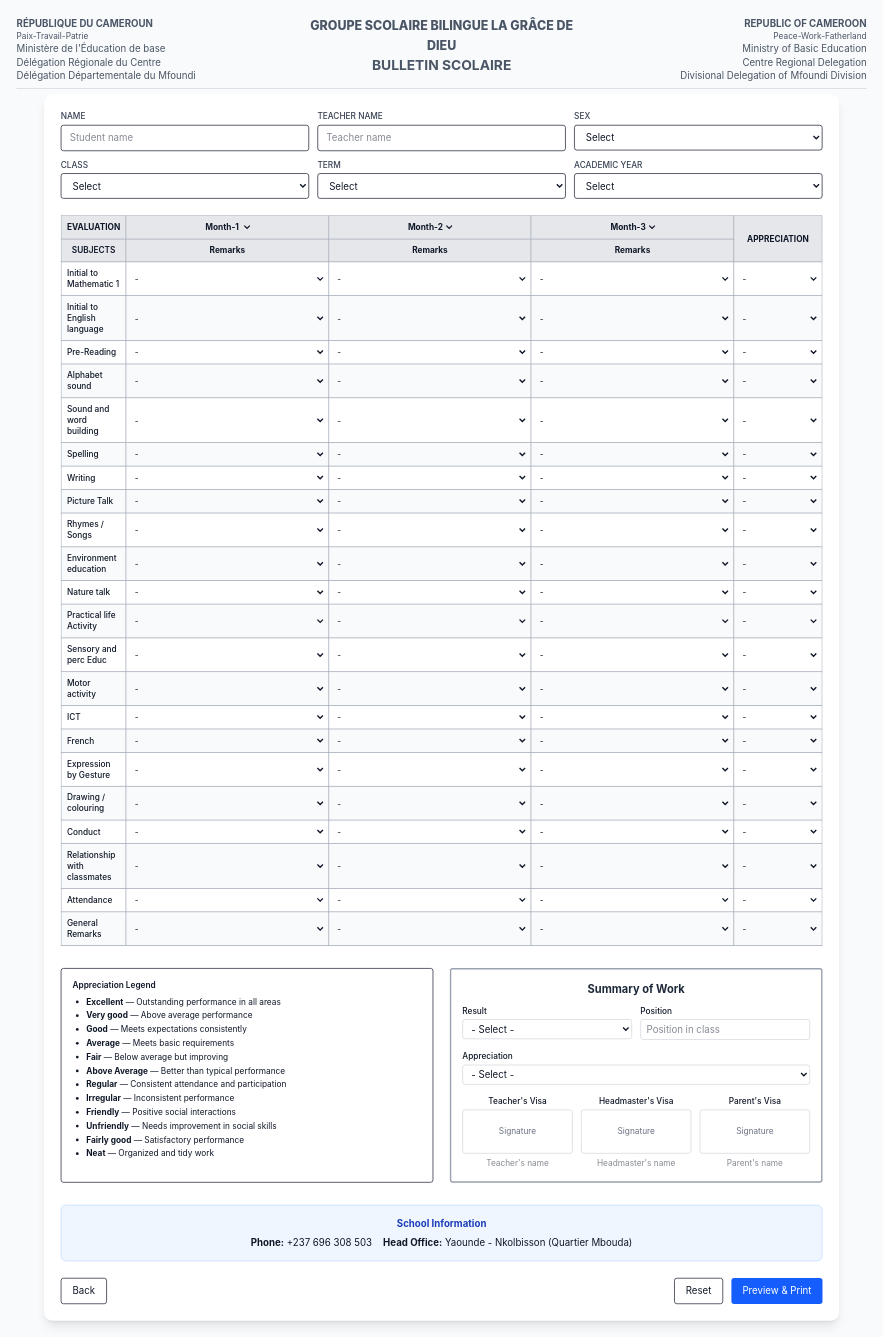
Repository: dascomsoft/gracedieu
Page: /nursery (app in frontend/)
These files come from the project's save history. The page is drawn as it stood at one moment and after the next save; the edit follows.
The browser window is 1280 px wide. The pictures show the whole page, at 69% of full size.
The project was rebuilt for these pictures with package versions that can differ from the ones it lists, and the page was loaded fresh each time. Some packages were replaced by stand-ins written for this rebuild. Also part of the build but not shown: frontend/vite.config.js, frontend/src/pages/Onboarding.jsx, frontend/src/pages/Login.jsx, frontend/src/pages/Signup.jsx, frontend/src/pages/Dashboard.jsx, frontend/src/pages/AnglophoneSection.jsx, frontend/src/pages/FrancophoneSection.jsx, frontend/src/pages/BulletinForm.jsx and 6 more.

Above is the page before, as saved 2025-10-28 11:38:05.

After the next save:
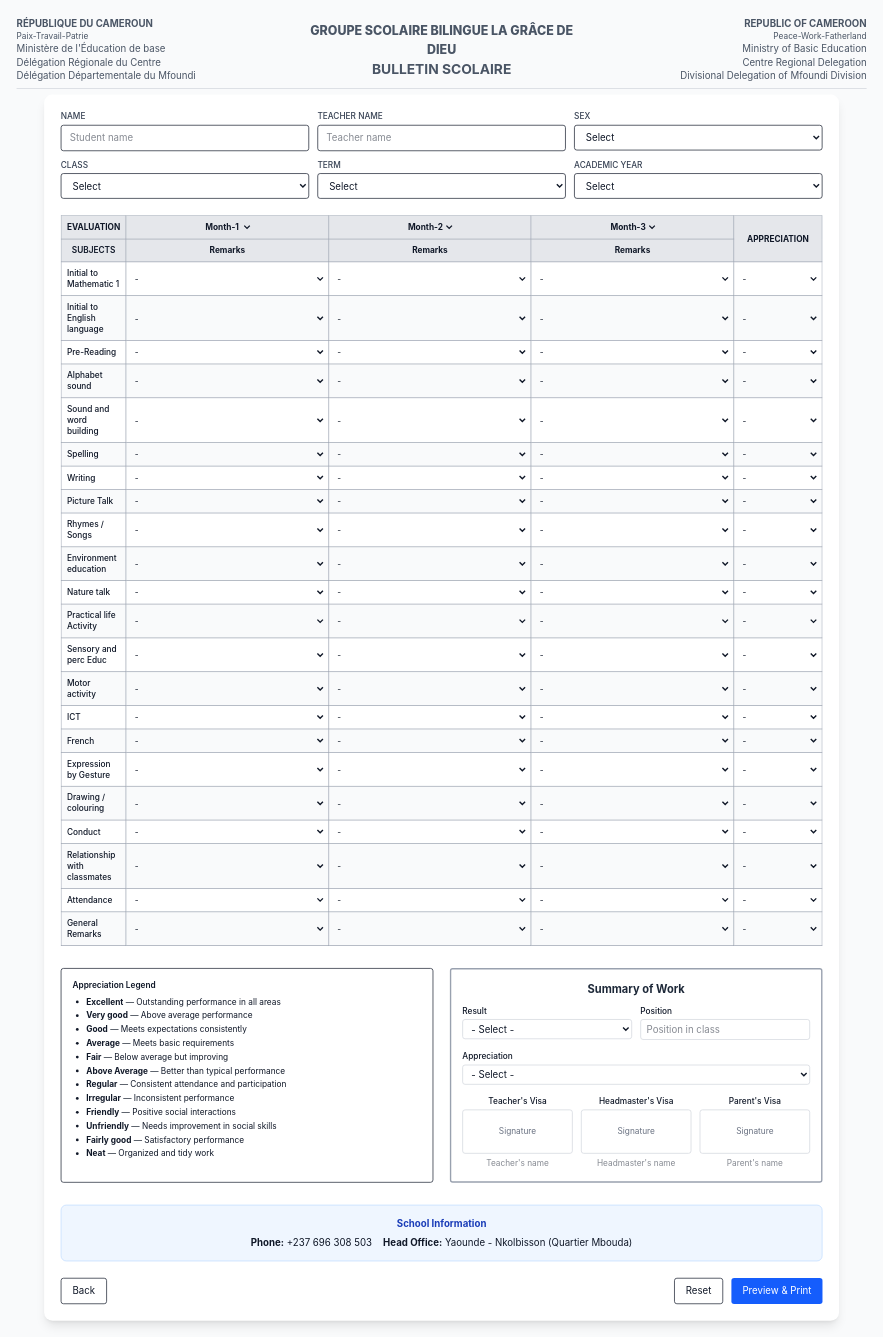
Saved 18 s later.
--- a/frontend/src/pages/BulletinNurseryForm.jsx
+++ b/frontend/src/pages/BulletinNurseryForm.jsx
@@ -167,8 +167,7 @@
             {/* Header - Identique à BulletinForm mais en anglais */}
           <div className="w-full mb-2 print:mb-1 border-b border-gray-300 pb-2 print:pb-1">
   <div
-    className="flex flex-col items-center text-gray-600 text-xs print:text-xs md:flex-row md:justify-between md:items-start
-    "
+    className="flex flex-col items-center text-gray-600 text-xs print:text-xs md:flex-row md:justify-between md:items-sta"
   >
     {/* Bloc gauche */}
     <div className="text-left mb-2 md:mb-0 md:w-1/3">
